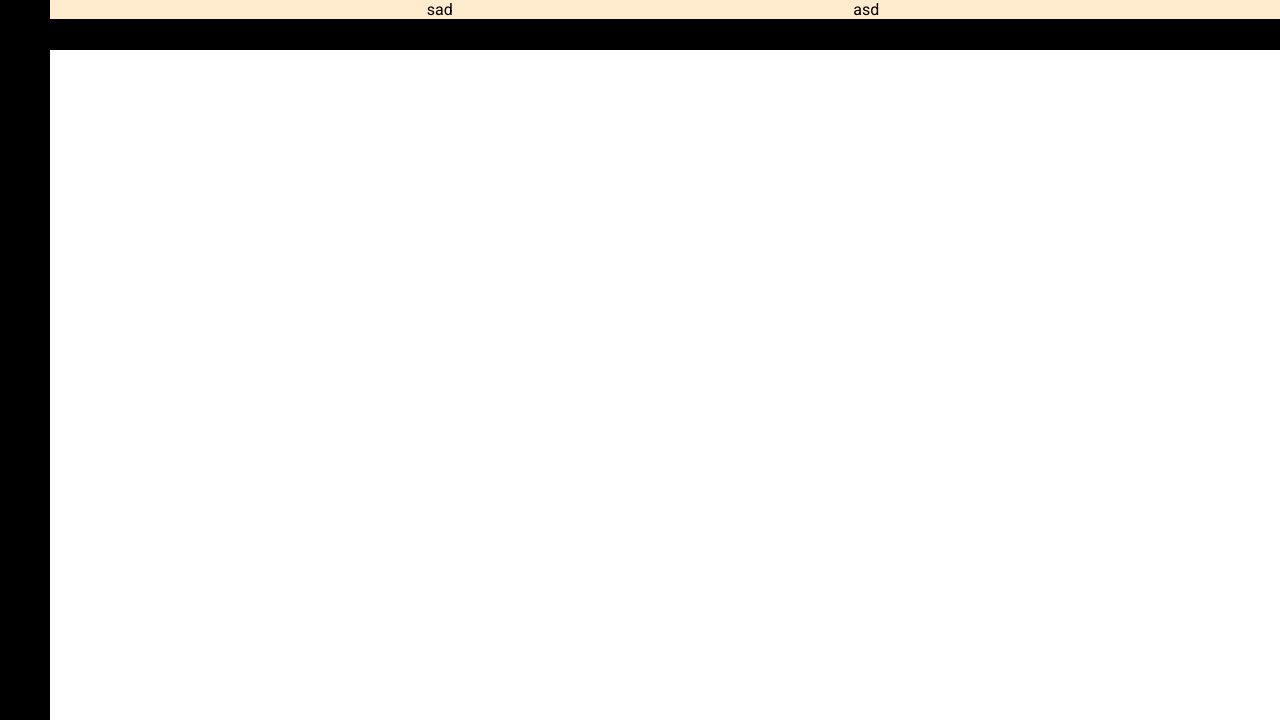
Repository: JulyK9/Movie-Website
Page: index.html
These files come from the project's save history. The page is drawn as it stood at one moment and after the next save; the edit follows.
The browser window is 1280 px wide. The pictures show the whole page.

Above is the page before, as saved 2022-07-02 23:10:21.

After the next save:
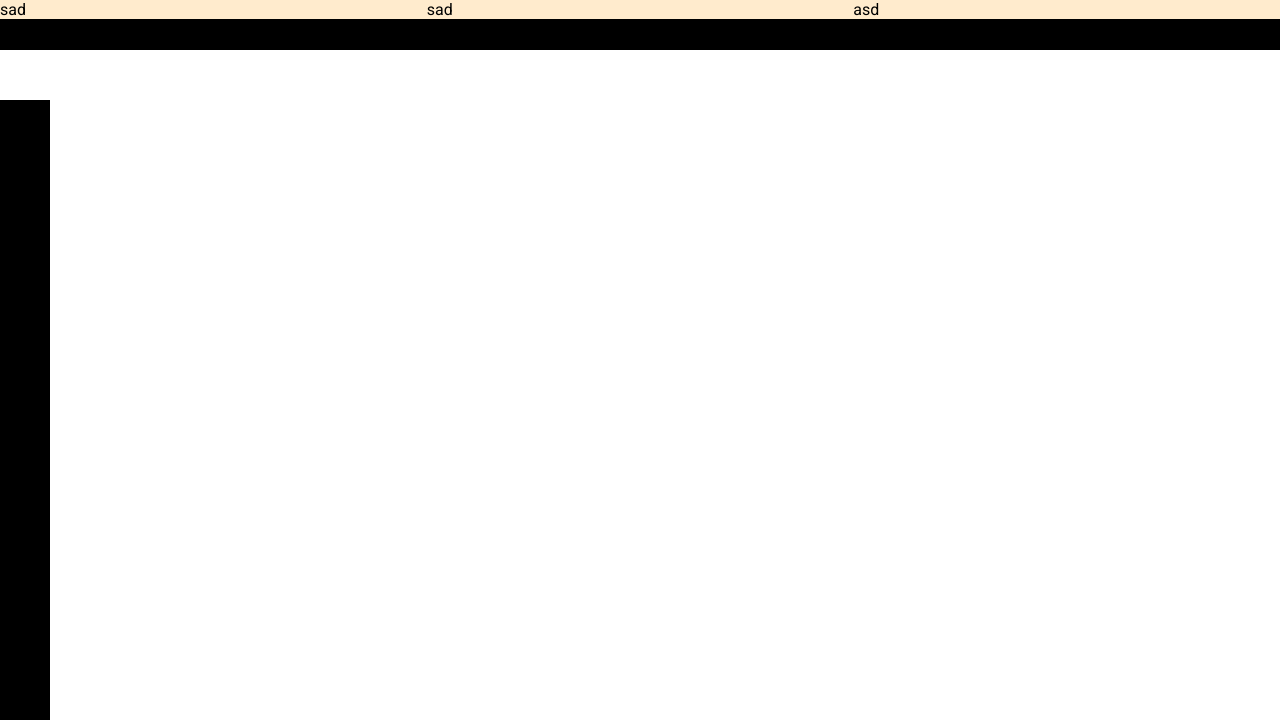
Saved 69 min 39 s later.
--- a/style.css
+++ b/style.css
@@ -38,6 +38,6 @@ body {
     height: 100vh;
     background-color: black;
     position: fixed;   /* 스크롤바 생기는 부분 제거 및 사이드바 고정 */
-    top: 0;     /* 사이드바 상단 고정 */
+    top: 100px;     /* 사이드바 상단 고정 */
 
 }
